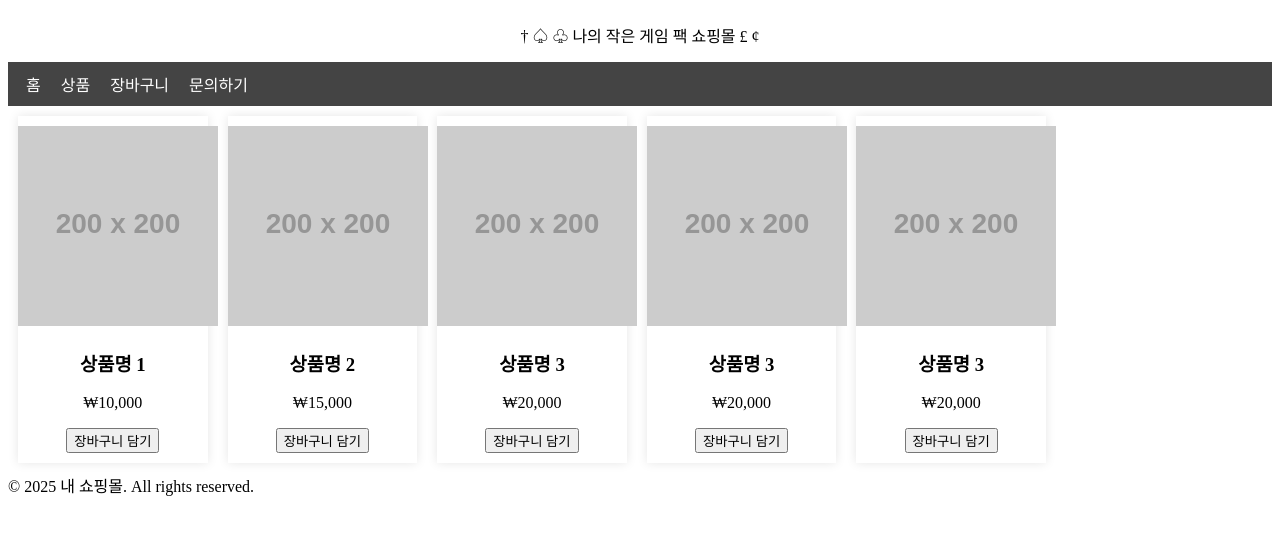
Repository: SeungYeon04/A_AssetsJSP
Page: http://localhost/JSP_Start01/
These files come from the project's save history. The page is drawn as it stood at one moment and after the next save; the edit follows.
The browser window is 1280 px wide. The pictures show the whole page.
Some web fonts or font styles are not loaded; a fallback is used. The page is served by Tomcat 9.

Above is the page before, as saved 2025-03-11 07:10:30.

### JSP_Start01/src/main/webapp/index.jsp
<%@ page language="java" contentType="text/html; charset=UTF-8"
    pageEncoding="UTF-8"%>
<!DOCTYPE html>
<html>
<head>
<meta charset="UTF-8">
<title>Insert title here</title>
</head>
<body>
	<header>† ♤ ♧  나의 작은 게임 팩 쇼핑몰 £ ¢</header>

    <nav>
        <a href="#">홈</a>
        <a href="#">상품</a>
        <a href="#">장바구니</a>
        <a href="#">문의하기</a>
    </nav>

    <div class="container">
        <div class="product">
            <img src="https://via.placeholder.com/200" alt="상품1">
            <h3>상품명 1</h3>
            <p>₩10,000</p>
            <button>장바구니 담기</button>
        </div>

        <div class="product">
            <img src="https://via.placeholder.com/200" alt="상품2">
            <h3>상품명 2</h3>
            <p>₩15,000</p>
            <button>장바구니 담기</button>
        </div>

        <div class="product">
            <img src="https://via.placeholder.com/200" alt="상품3">
            <h3>상품명 3</h3>
            <p>₩20,000</p>
            <button>장바구니 담기</button>
        </div>
        <div class="product">
            <img src="https://via.placeholder.com/200" alt="상품3">
            <h3>상품명 3</h3>
            <p>₩20,000</p>
            <button>장바구니 담기</button>
        </div>
         <div class="product">
            <img src="https://via.placeholder.com/200" alt="상품3">
            <h3>상품명 3</h3>
            <p>₩20,000</p>
            <button>장바구니 담기</button>
        </div>
    </div>

    <footer>© 2025 내 쇼핑몰. All rights reserved.</footer>
    <style>

    	body {
    		font-family: 'Ownglyph_ParkDaHyun';
    	}

    	header {
    		text-align: center;
    		padding: 15px 0;
    	}



	    @font-face {
		    font-family: 'Ownglyph_ParkDaHyun';
		    src: url('https://fastly.jsdelivr.net/gh/projectnoonnu/2411-3@1.0/Ownglyph_ParkDaHyun.woff2') format('woff2');
		    font-weight: normal;
		    font-style: normal;
		}

		nav {
			background-color: #444;
			padding: 10px;
			text-align: ceter;

			a {
				color: white;
            	text-decoration: none;
            	margin: 0 8px;
            	/*font-size: 18px;*/
			 }

			a:hover {
            	text-decoration: underline;
        	}
		}

		/* 메인콘텐츠 */
		.container {
			width: 100%;
			margin: 20px auto;
			display: flex;
			flex-wrap: wrap;
			margin: auto;
		}

		.product {
			width: 15%; /* 너비 추가 */
			background: white;
			padding-top: 10px;
			padding-bottom: 10px;
			box-shadow: 0 0 10px rgba(0, 0, 0, 0.1);
			text-align: center;
			margin: 10px ;
		}


    </style>
</body>
</html>

After the next save:
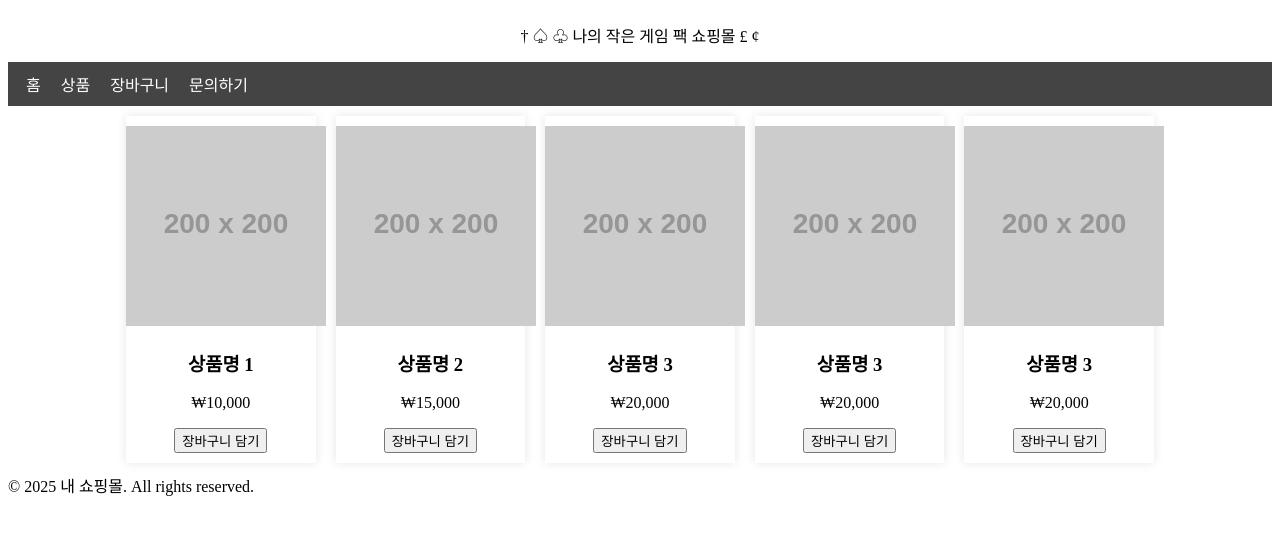
Saved 14 s later.
--- a/JSP_Start01/src/main/webapp/index.jsp
+++ b/JSP_Start01/src/main/webapp/index.jsp
@@ -96,6 +96,8 @@
 			display: flex;
 			flex-wrap: wrap;
 			margin: auto;
+
+			display: flex; justify-content: center;
 		}
 
 		.product {
